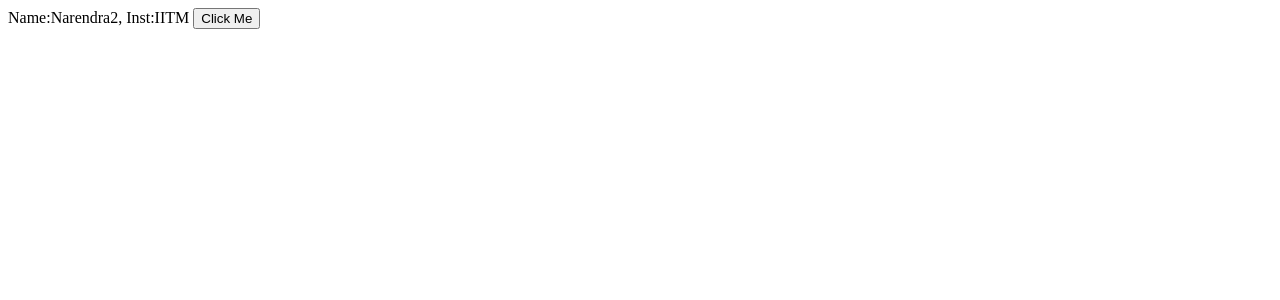
Repository: narendraiitm/sept23-live-sessions
Page: vue-basic/index.html
An editor plug-in stored every save of this project. The page is shown before and after the next save, followed by the edit.
The browser window is 1280 px wide. The pictures show the whole page.

Above is the page before, as saved 2023-10-17 20:55:25.

After the next save:
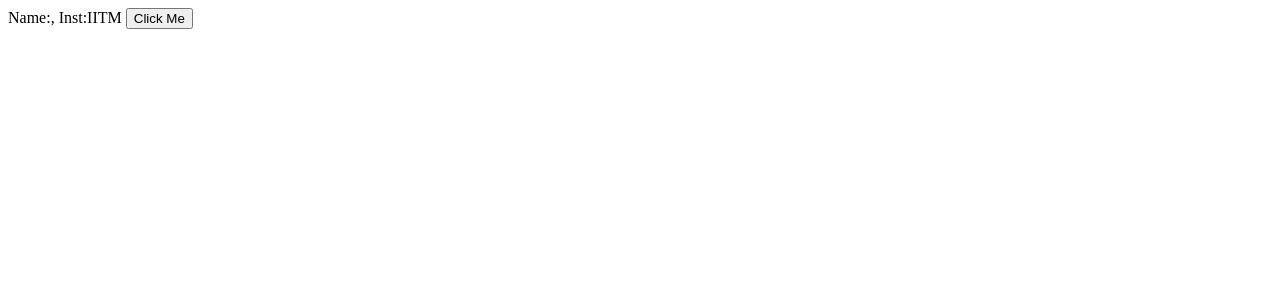
Saved 108 s later.
--- a/vue-basic/app.js
+++ b/vue-basic/app.js
@@ -5,7 +5,7 @@ new Vue({
   <button v-on:click='sayHello'>Click Me</button>
   </div>`,
   data: {
-    name: 'Narendra2',
+    firstName: 'Narendra2',
     inst: 'IITM',
   },
   methods: {
@@ -13,4 +13,5 @@ new Vue({
       alert('Hello from method')
     },
   },
+  computed: {},
 })
